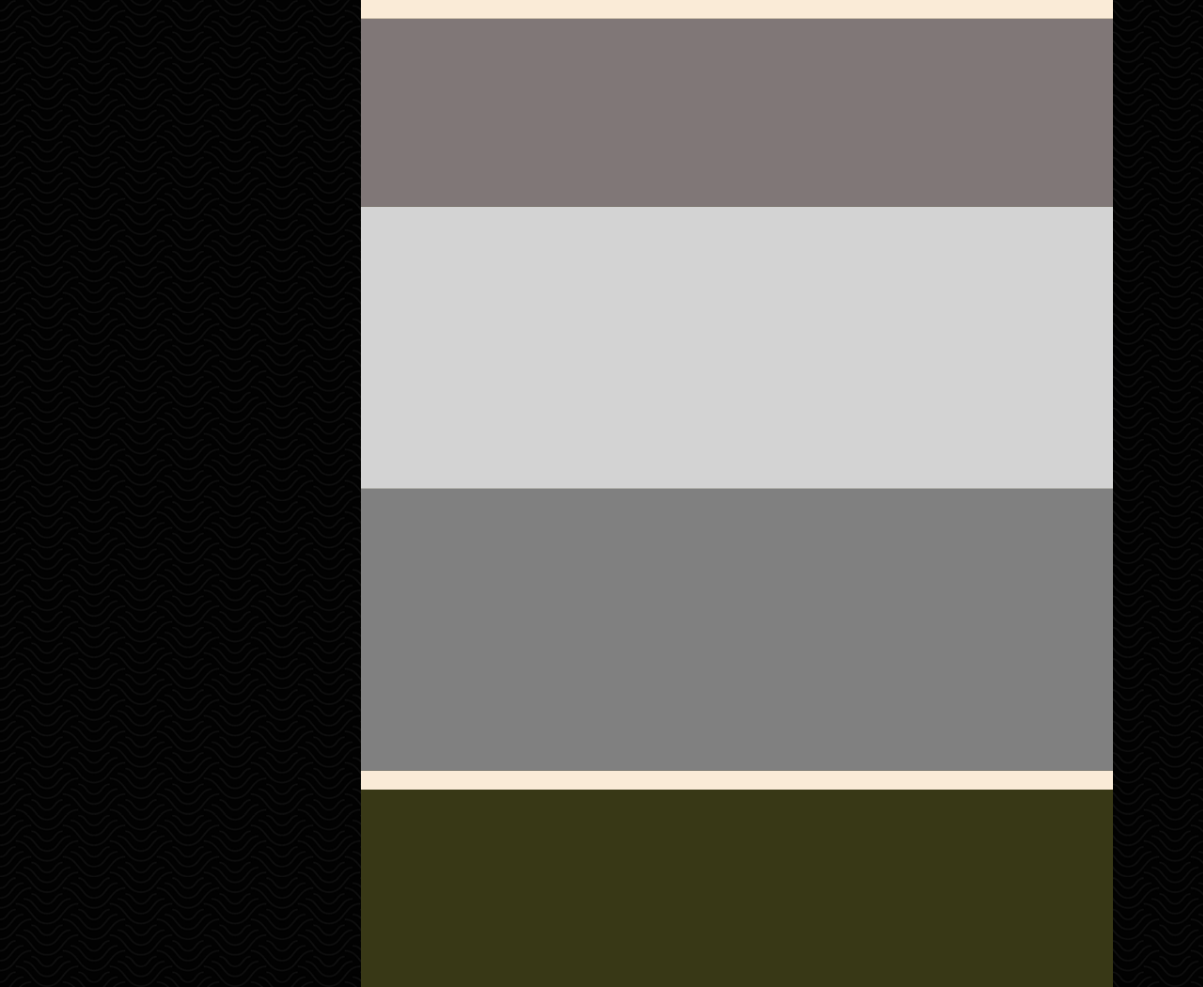
Repository: roge64/htmlfrontend
Page: index.html
These files come from the project's save history. The page is drawn as it stood at one moment and after the next save; the edit follows.
The browser window is 1280 px wide. The pictures show the whole page, at 94% of full size.

Above is the page before, as saved 2022-03-01 21:27:55.

### index.html
<!DOCTYPE html>
<html lang="en">
<head>
    <meta charset="UTF-8">
    <meta http-equiv="X-UA-Compatible" content="IE=edge">
    <meta name="viewport" content="width=device-width, initial-scale=1.0">
    <title>3 Cakes</title>
    <link rel="stylesheet" href="estilos/estilos.css">
</head>

<body>

<!-- <div>
 -->
    <section id="container">

        <header>
        <!-- <h1><img src="" alt="logo.png"></h1> -->
        </header>

        <section id="banner">

        </section>

        <section id="noticias">

        </section>

        <section id="tienda">

        </section>

        <section id="marcas">

        </section>

        <footer>

        </footer>

    </section>
<!-- </div> -->

</body>

</html>

### estilos/estilos.css
*{
    border: 0 ;
    margin: 0 ;
    padding: 0;
}

body{
    background-color: rgb(0, 0, 0);
    width:40%;
    margin-left:auto;
    margin-right:auto;background-image: url("/img/papyrus-dark.png");
}

#container, header, #banner, #noticias, #tienda,footer{
    background-color:rgb(56, 56, 22);
    height: 1050px;
    width: 800px;

}

header{
    background-color:antiquewhite;

    height: 20px;

}

#banner{
    background-color:rgb(128, 119, 119) ;

    height: 200px;
}


#noticias{
    background-color: lightgray;

    height: 300px;
}

#tienda{
    background-color: grey;

    height: 300px;
}

footer{
    background-color:antiquewhite;

    height: 20px;
}

After the next save:
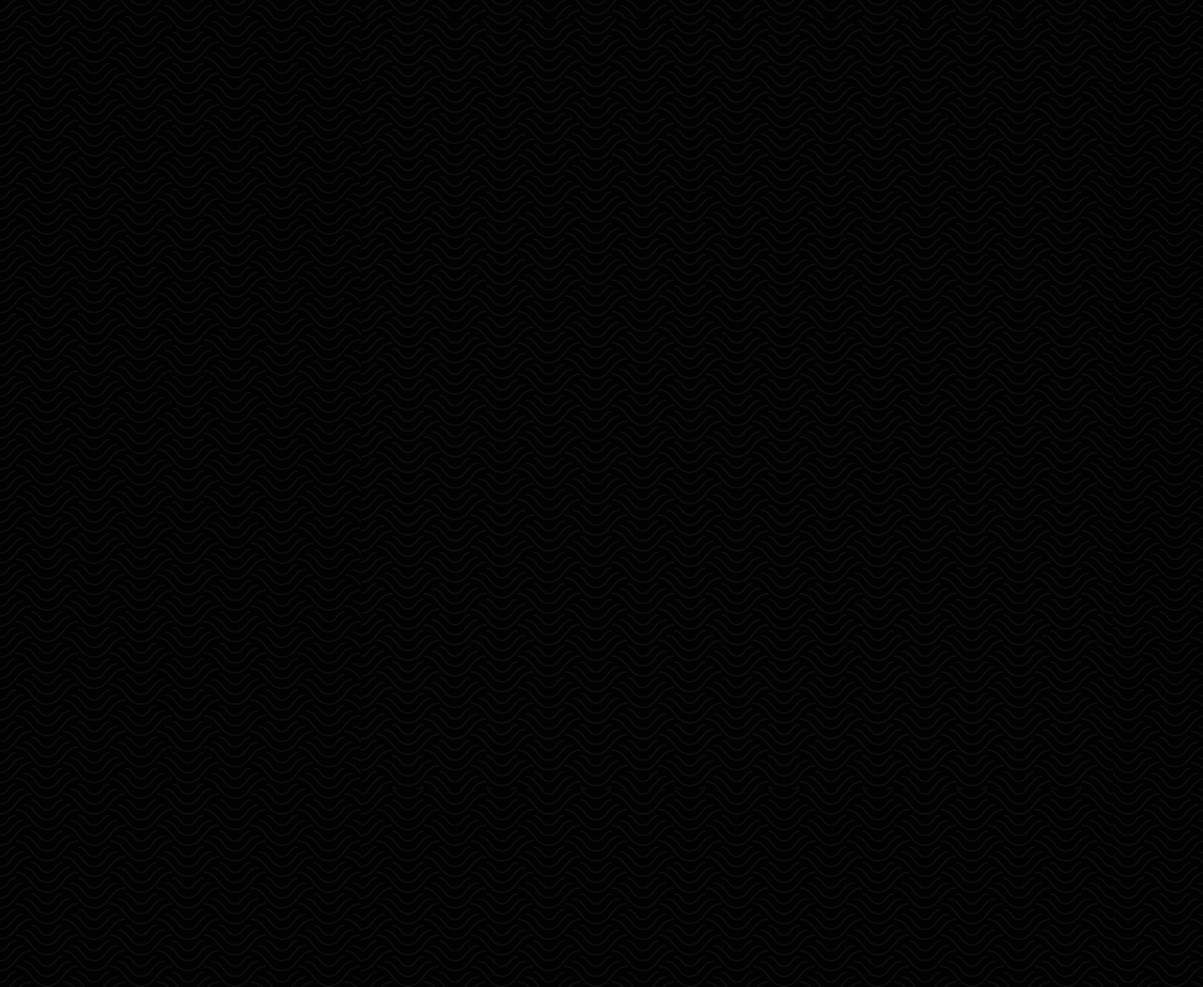
Saved 91 s later.
--- a/estilos/estilos.css
+++ b/estilos/estilos.css
@@ -8,14 +8,15 @@
     background-color: rgb(0, 0, 0);
     width:40%;
     margin-left:auto;
-    margin-right:auto;background-image: url("/img/papyrus-dark.png");
+    margin-right:auto;
+    background-image: url("/img/papyrus-dark.png");
 }
 
 #container, header, #banner, #noticias, #tienda,footer{
     background-color:rgb(56, 56, 22);
     height: 1050px;
     width: 800px;
-
+    background-image: url("/img/papyrus-dark.png");
 }
 
 header{

After the 2 saves that followed:
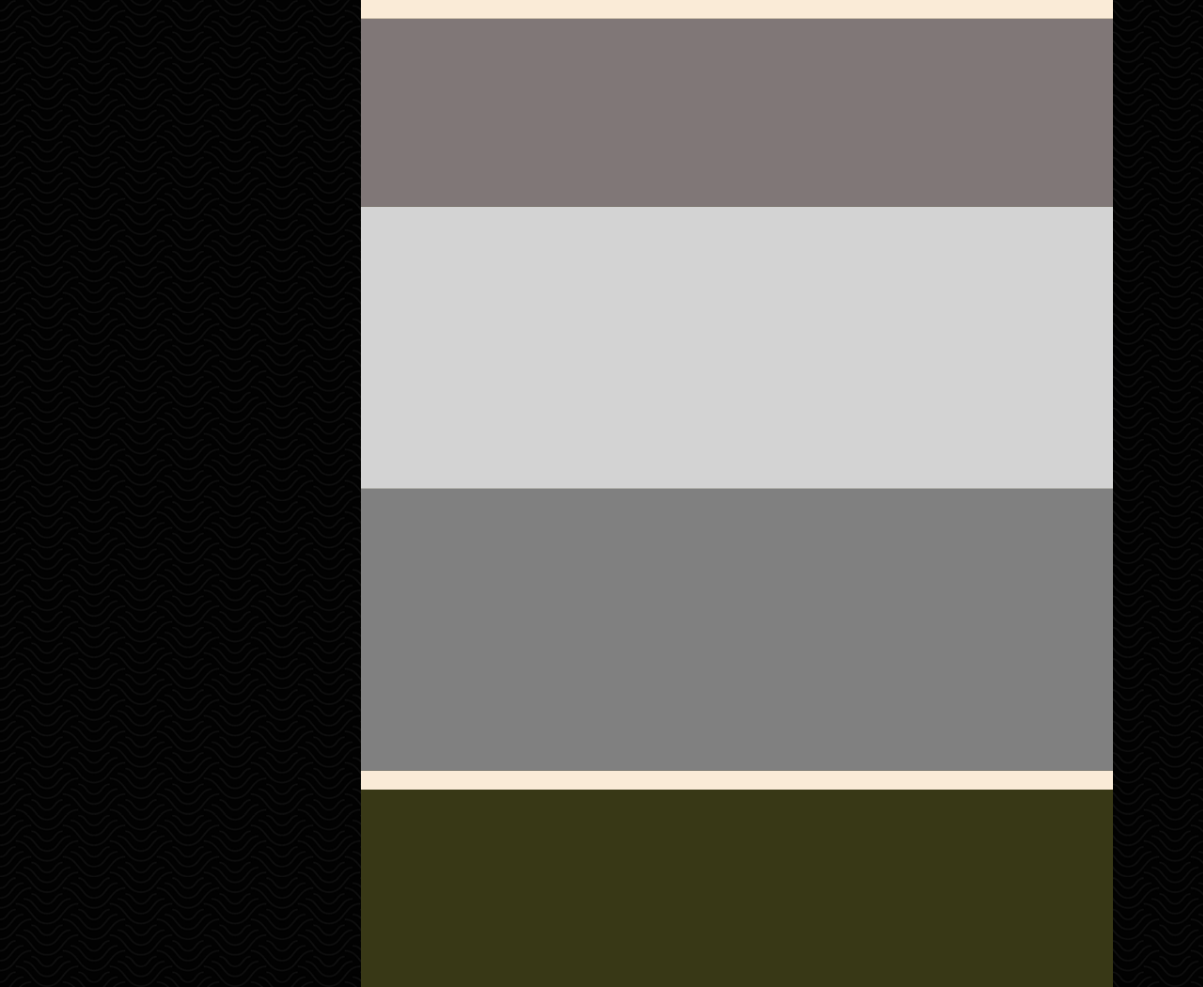
The 2 saves are shown as one change because 1 left the picture as it was.
The last was saved 64 s later.
--- a/estilos/estilos.css
+++ b/estilos/estilos.css
@@ -16,7 +16,7 @@
     background-color:rgb(56, 56, 22);
     height: 1050px;
     width: 800px;
-    background-image: url("/img/papyrus-dark.png");
+
 }
 
 header{
